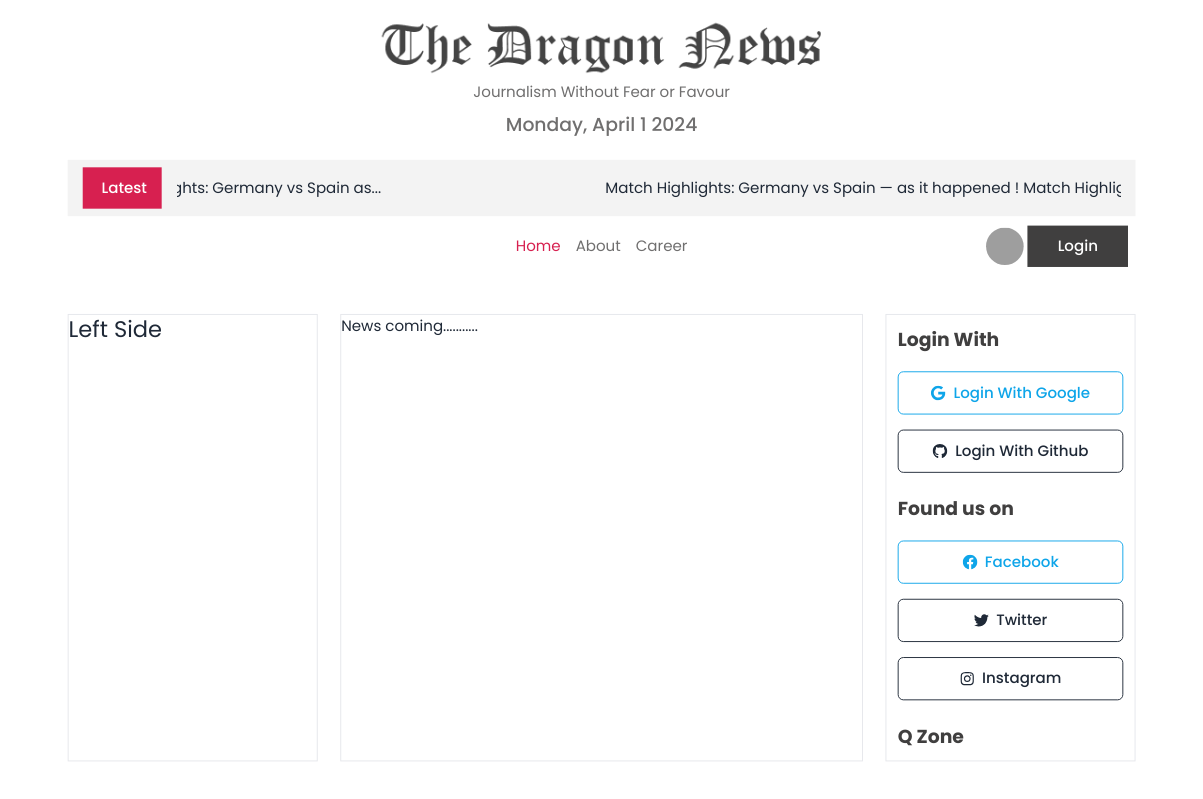
Repository: ShouravAhammed/react-dragon-news-auth
Page: /
These files come from the project's save history. The page is drawn as it stood at one moment and after the next save; the edit follows.
The browser window is 1280 px wide. The pictures show the whole page, at 94% of full size.
Pictures or frames that could not be fetched are drawn as grey boxes. The project was rebuilt for these pictures with package versions that can differ from the ones it lists, and the page was loaded fresh each time. Also part of the build but not shown: vite.config.js, src/pages/About/About.jsx, src/pages/Career/Career.jsx.

Above is the page before, as saved 2024-04-14 01:43:28.

### src/main.jsx
import React from 'react'
import ReactDOM from 'react-dom/client'
import './index.css'
import { RouterProvider } from 'react-router-dom'
import router from './Routes/Routes.jsx'

ReactDOM.createRoot(document.getElementById('root')).render(
  <React.StrictMode>
    <RouterProvider router={router}/>
  </React.StrictMode>,
)

### src/Routes/Routes.jsx
import Root from "../layout/Root";

import {
    createBrowserRouter,
  } from "react-router-dom";
import Home from "../pages/Home/Home";
import About from "../pages/About/About";
import Career from "../pages/Career/Career";

const router = createBrowserRouter([
    {
        path: '/',
        element: <Root></Root>,
        children: [
            {

                path: '/',
                element: <Home></Home>,
            },
            {

                path: '/about',
                element: <About></About>,
            },
            {

                path: '/career',
                element: <Career></Career>,
            },

        ]
    }
])

export default router;

### src/layout/Root.jsx
import { Outlet } from "react-router-dom";


const Root = () => {
    return (
        <div className="max-w-6xl mx-auto font-poppins px-2">
            <Outlet></Outlet>
        </div>
    );
};

export default Root;

### src/pages/Home/Home.jsx
import BreakingNews from "../BreakingNews/BreakingNews";
import Header from "../Shared/Header/Header";
import LeftSideNav from "../Shared/LeftSideNav/LeftSideNav";
import Navbar from "../Shared/Navbar/Navbar";
import RightSideNav from "../Shared/RIghtSideNav/RightSideNav";


const Home = () => {
    return (
        <div>
            <Header></Header>
            <BreakingNews></BreakingNews>
            <Navbar></Navbar>
            <div className="grid grid-cols-1 md:grid-cols-4 gap-6 my-10">
                <div className="col-span-1 border">
                    <LeftSideNav></LeftSideNav>
                </div>
                <div className="col-span-2 border">News coming...........</div>
                <div className="col-span-1 border">
                    <RightSideNav></RightSideNav>
                </div>
            </div>
        </div>
    );
};

export default Home;

### src/pages/BreakingNews/BreakingNews.jsx
import Marquee from "react-fast-marquee";
import { Link } from "react-router-dom";

const BreakingNews = () => {
  return (
    <div className="flex items-center gap-4 px-4 py-2 bg-[#F3F3F3]">
      <Link
        to={"/"}
        className="px-5 py-2.5 relative group overflow-hidden font-medium bg-[#D72050] text-white inline-block"
      >
        <span className="absolute top-0 left-0 flex w-full h-0 mb-0 transition-all duration-200 ease-out transform translate-y-0 bg-gray-50 group-hover:h-full"></span>
        <span className="relative group-hover:text-[#D72050]">Latest</span>
      </Link>
      <Marquee pauseOnHover={true} speed={100}>
        <p>
          Match Highlights: Germany vs Spain — as it happened ! Match
          Highlights: Germany vs Spain as...
        </p>
      </Marquee>
    </div>
  );
};

export default BreakingNews;

### src/pages/Shared/Header/Header.jsx

import moment from 'moment';
import logo from '../../../assets/logo.png'
const Header = () => {
    return (
        <div className=' space-y-2 text-center my-6'>
            <img className='mx-auto' src={logo} alt="" />
            <h3 className='text-[#18px] font-normal text-[#706F6F]'>Journalism Without Fear or Favour</h3>
            <p className='text-xl text-[#706F6F] font-medium'>{moment().format("dddd, MMMM D YYYY")}</p>
        </div>
    );
};

export default Header;

### src/pages/Shared/LeftSideNav/LeftSideNav.jsx

const LeftSideNav = () => {
    return (
        <div>
            <h3 className='text-2xl'>Left Side</h3>
        </div>
    );
};

export default LeftSideNav;

### src/pages/Shared/Navbar/Navbar.jsx
import { Link, NavLink } from "react-router-dom";
import DefaultUser from '../../../assets/user.png'

const Navbar = () => {

    const navLinks =
    <>
        <li><NavLink to={'/'} className={({isActive}) => isActive ? 'text-[#D72050]' : 'text-[#706F6F]'}>Home</NavLink></li>
        <li><NavLink to={'/about'} className={({isActive}) => isActive ? 'text-[#D72050]' : 'text-[#706F6F]'}>About</NavLink></li>
        <li><NavLink to={'/career'} className={({isActive}) => isActive ? 'text-[#D72050]' : 'text-[#706F6F]'}>Career</NavLink></li>
    </>

    return (
        <div>
            <div className="navbar">
  <div className="navbar-start">
    <div className="dropdown">
      <div tabIndex={0} role="button" className="btn btn-ghost lg:hidden">
        <svg xmlns="http://www.w3.org/2000/svg" className="h-5 w-5" fill="none" viewBox="0 0 24 24" stroke="currentColor"><path strokeLinecap="round" strokeLinejoin="round" strokeWidth="2" d="M4 6h16M4 12h8m-8 6h16" /></svg>
      </div>
      <ul tabIndex={0} className=" menu-sm dropdown-content mt-3 z-[1] p-2 shadow bg-base-100 rounded-box w-52 text-[#706F6F] font-normal text-[18px]">
        {navLinks}
      </ul>
    </div>
  </div>
  <div className="navbar-center hidden lg:flex">
    <ul className="flex justify-center items-center gap-4 menu-horizontal px-1">
      {navLinks}
    </ul>
  </div>
  <div className="navbar-end">
  <div tabIndex={0} role="button" className="btn btn-ghost btn-circle avatar">
        <div className="w-10 rounded-full">
          <img alt="Tailwind CSS Navbar component" src={DefaultUser} />
        </div>
      </div>

  <Link
        className="px-8 py-2.5 relative group overflow-hidden font-medium bg-[#403F3F] text-white inline-block"
      >
        <span className="absolute top-0 left-0 flex w-full h-0 mb-0 transition-all duration-200 ease-out transform translate-y-0 bg-gray-50 group-hover:h-full"></span>
        <span className="relative group-hover:text-[#403F3F]">Login</span>
      </Link>
  </div>
</div>
        </div>
    );
};

export default Navbar;

### src/pages/Shared/RIghtSideNav/RightSideNav.jsx
import BtnLogin from "../../../Components/btnLogin/BtnLogin";


const RightSideNav = () => {
    return (
        <div>
            <BtnLogin></BtnLogin>
        </div>
    );
};

export default RightSideNav;

### src/Components/btnLogin/BtnLogin.jsx
import { FaFacebook, FaGithub, FaGoogle, FaInstagram, FaTwitter } from "react-icons/fa";


const BtnLogin = () => {
    return (
        <div>
            <div className="p-3">
            <h3 className="text-xl font-bold text-[#403F3F]">Login With</h3>
            <div className="mt-5 space-y-4">
            <button
        className="w-full px-8 py-2.5 relative group overflow-hidden font-medium bg-white text-sky-500 inline-block border-sky-500 border rounded-md"
      >
        <span className="absolute top-0 left-0 flex w-full h-0 mb-0 transition-all duration-200 ease-out rounded-md transform translate-y-0 bg-sky-500 group-hover:h-full"></span>
        <div className="flex justify-center items-center gap-2">
        <span className="relative group-hover:text-white"><FaGoogle/></span>
        <span className="relative group-hover:text-white">Login With Google</span>
        </div>
      </button>
            <button
        className="w-full px-8 py-2.5 relative group overflow-hidden font-medium bg-white text-gray-800 inline-block border-gray-800 border rounded-md"
      >
        <span className="absolute top-0 left-0 flex w-full h-0 mb-0 transition-all duration-200 ease-out rounded-md transform translate-y-0 bg-gray-800 group-hover:h-full"></span>
        <div className="flex justify-center items-center gap-2">
        <span className="relative group-hover:text-white"><FaGithub /></span>
        <span className="relative group-hover:text-white">Login With Github</span>
        </div>
      </button>
            </div>
        </div>
            <div className="p-3">
            <h3 className="text-xl font-bold text-[#403F3F]">Found us on</h3>
            <div className="mt-5 space-y-4">
            <button
        className="w-full px-8 py-2.5 relative group overflow-hidden font-medium bg-white text-sky-500 inline-block border-sky-500 border rounded-md"
      >
        <span className="absolute top-0 left-0 flex w-full h-0 mb-0 transition-all duration-200 ease-out rounded-md transform translate-y-0 bg-sky-500 group-hover:h-full"></span>
        <div className="flex justify-center items-center gap-2">
        <span className="relative group-hover:text-white"><FaFacebook/></span>
        <span className="relative group-hover:text-white">Facebook</span>
        </div>
      </button>
            <button
        className="w-full px-8 py-2.5 relative group overflow-hidden font-medium bg-white text-gray-800 inline-block border-gray-800 border rounded-md"
      >
        <span className="absolute top-0 left-0 flex w-full h-0 mb-0 transition-all duration-200 ease-out rounded-md transform translate-y-0 bg-gray-800 group-hover:h-full"></span>
        <div className="flex justify-center items-center gap-2">
        <span className="relative group-hover:text-white"><FaTwitter /></span>
        <span className="relative group-hover:text-white">Twitter</span>
        </div>
      </button>
            <button
        className="w-full px-8 py-2.5 relative group overflow-hidden font-medium bg-white text-gray-800 inline-block border-gray-800 border rounded-md"
      >
        <span className="absolute top-0 left-0 flex w-full h-0 mb-0 transition-all duration-200 ease-out rounded-md transform translate-y-0 bg-gray-800 group-hover:h-full"></span>
        <div className="flex justify-center items-center gap-2">
        <span className="relative group-hover:text-white"><FaInstagram /></span>
        <span className="relative group-hover:text-white">Instagram</span>
        </div>
      </button>
            </div>
        </div>

        {/* Q zone */}

        <div className="p-3">
            <h3 className="text-xl font-bold text-[#403F3F]">Q Zone</h3>

        </div>

        </div>
    );
};

export default BtnLogin;

### tailwind.config.js
/** @type {import('tailwindcss').Config} */
export default {
  content: [
    "./index.html",
    "./src/**/*.{js,ts,jsx,tsx}",
  ],
  theme: {
    extend: {
      fontFamily: {
        poppins: '"Poppins", sans-serif;', // Adds a new `font-display` class
      }
    }
  },
  plugins: [require("daisyui")],
}

Loaded but not shown: index.html (common file); src/index.css (common file)

After the next save:
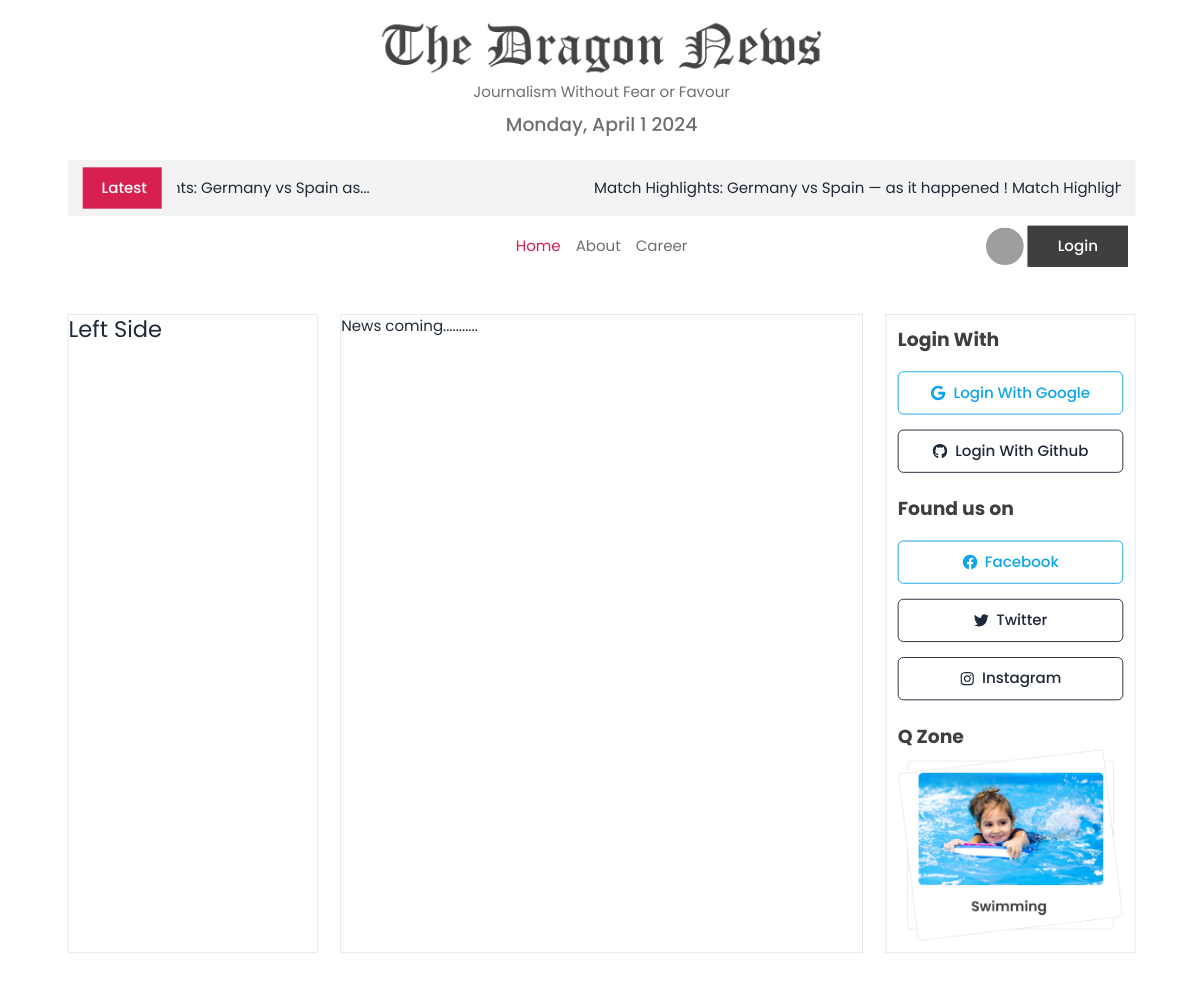
Saved 3 min 15 s later.
--- a/src/Components/btnLogin/BtnLogin.jsx
+++ b/src/Components/btnLogin/BtnLogin.jsx
@@ -1,5 +1,7 @@
 import { FaFacebook, FaGithub, FaGoogle, FaInstagram, FaTwitter } from "react-icons/fa";
-
+import QZone1 from '../../assets/qZone1.png'
+import QZone2 from '../../assets/qZone2.png'
+import QZone3 from '../../assets/qZone3.png'
 
 const BtnLogin = () => {
     return (
@@ -64,6 +66,7 @@ const BtnLogin = () => {
 
         <div className="p-3">
             <h3 className="text-xl font-bold text-[#403F3F]">Q Zone</h3>
+            <img src={QZone1} alt="" />
 
         </div>
 
